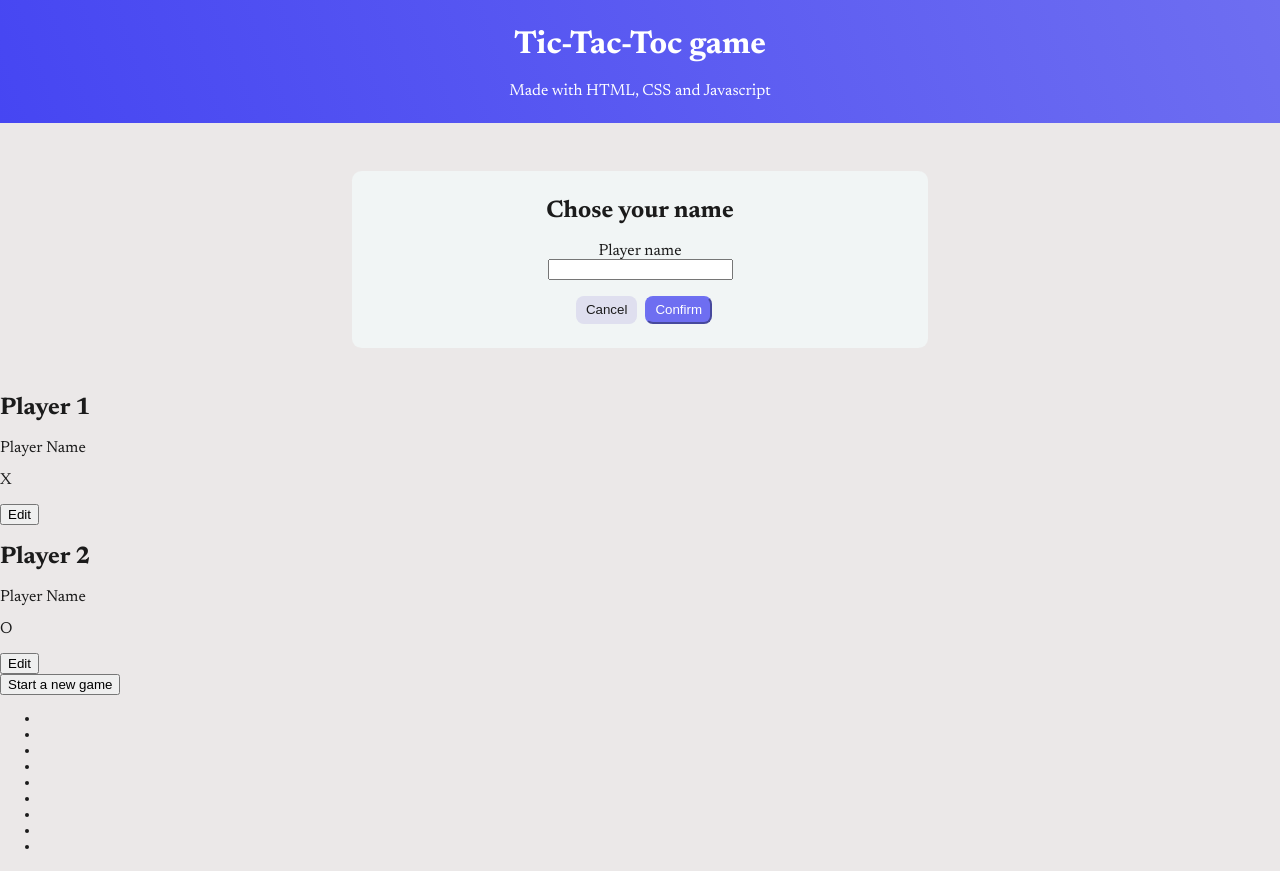
Repository: MicTomm/Tic-tac-toe-game
Page: index.html
These files come from the project's save history. The page is drawn as it stood at one moment and after the next save; the edit follows.
The browser window is 1280 px wide. The pictures show the whole page.

Above is the page before, as saved 2023-06-22 23:48:30.
Not found: js-code

After the next save:
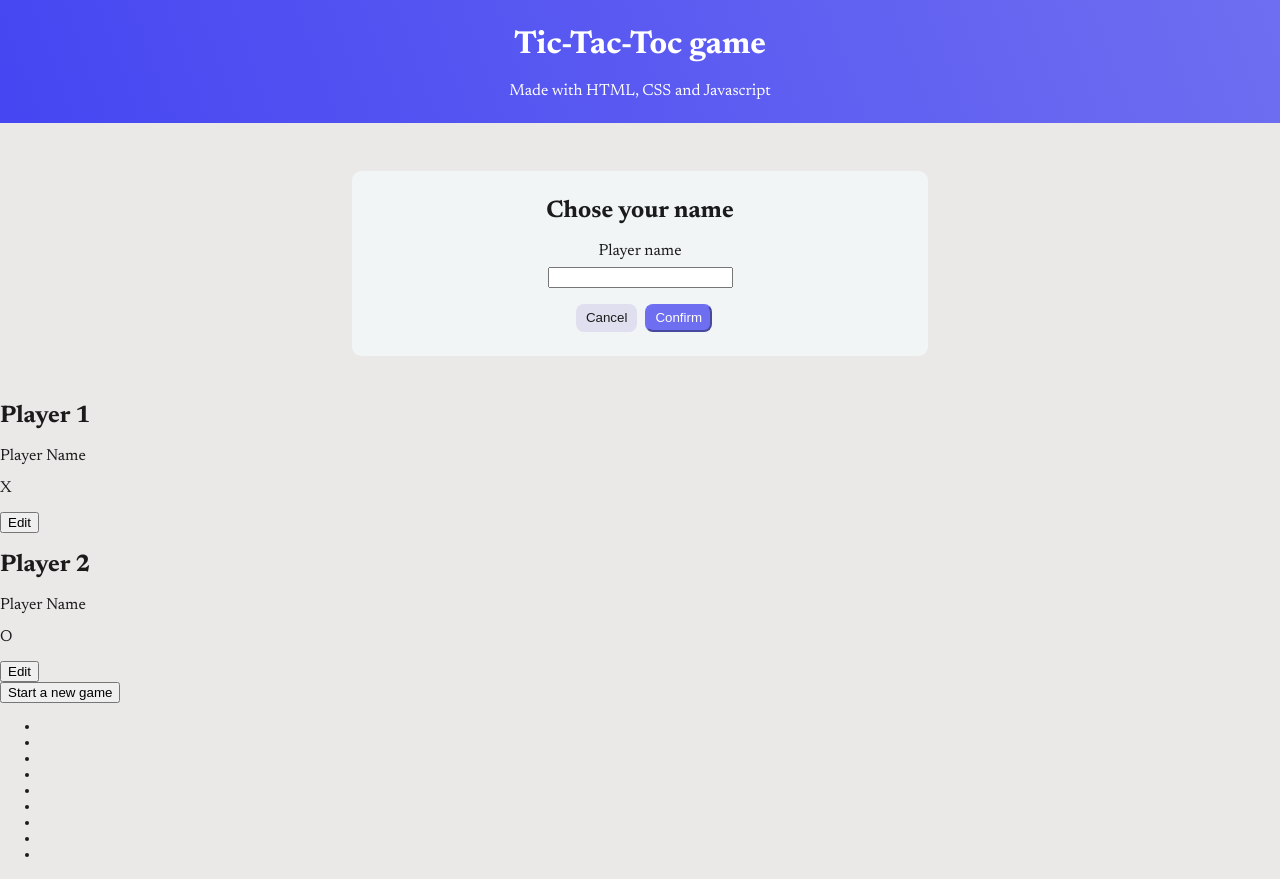
Saved 79 s later.
--- a/styles.css
+++ b/styles.css
@@ -42,8 +42,8 @@ aside{
     background-color: rgb(241, 245, 245);
     width: 45%;
     margin: 3rem auto;
-    border-radius: 0.6rem;
-    padding: 0.5rem 0rem;
+    border-radius: .6rem;
+    padding: .5rem 0rem;
 }
 
 form{
@@ -53,6 +53,7 @@ form{
 
 form label{
     display: block;
+    margin-bottom: .5rem;
 }
 
 form #aside-buttons-container{
@@ -60,5 +61,5 @@ form #aside-buttons-container{
     flex-flow: row;
     justify-content: center;
     align-items: center;
-    margin: 0.5rem;
+    margin: .5rem;
 }
